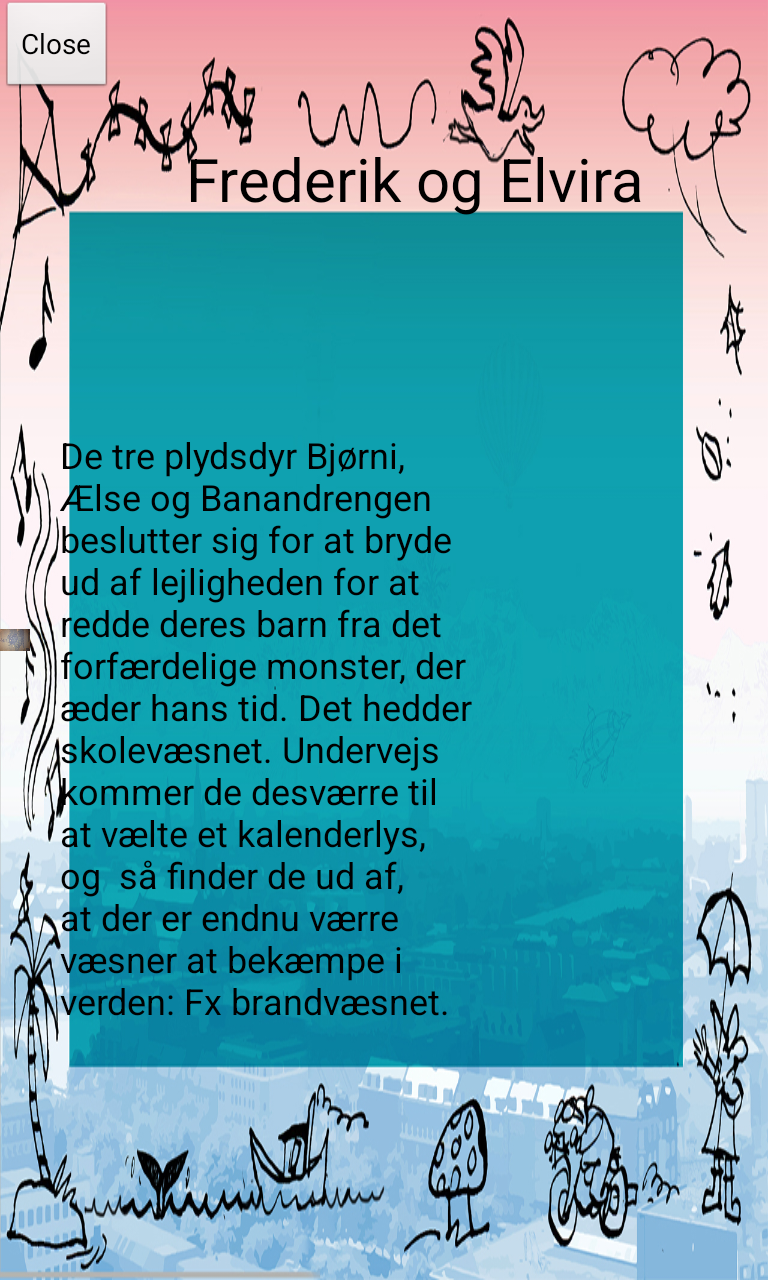
Repository: DreadMuffin/work
Layout: tablets/Historie/res/layout/popup1.xml
These files come from the project's save history. The layout is drawn as it stood at one moment and after the next save; the edit follows.
It is drawn on a 768 x 1280 px phone screen (xhdpi) without system bars, with theme android:Theme.NoTitleBar; the app's code is not run.

Above is the layout before, as saved 2015-02-26 05:10:55.

### tablets/Historie/res/layout/popup1.xml
<RelativeLayout xmlns:android="http://schemas.android.com/apk/res/android"
    xmlns:tools="http://schemas.android.com/tools"
    android:id="@+id/popup_element1"
    android:layout_width="match_parent"
    android:layout_height="match_parent"
    android:background="@drawable/popupwp"
    tools:context=".Historie" >

    <Button
        android:id="@+id/btn_close_popup"
        android:layout_width="wrap_content"
        android:layout_height="wrap_content"
        android:layout_gravity="center"
        android:text="Close" />

    <TextView
        android:id="@+id/textView1"
        android:layout_width="500dp"
        android:layout_height="75dp"
        android:layout_above="@+id/txt"
        android:layout_alignLeft="@+id/txt"
        android:layout_marginBottom="88dp"
        android:gravity="center"
        android:text="Frederik og Elvira"
        android:textColor="#000000"
        android:textSize="30sp" />

    <TextView
        android:id="@+id/txt"
        android:layout_width="500dp"
        android:layout_height="300dp"
        android:layout_alignParentBottom="true"
        android:layout_alignParentRight="true"
        android:layout_marginBottom="125dp"
        android:layout_marginLeft="30dp"
        android:layout_marginRight="143dp"
        android:text="De tre plydsdyr Bjørni, Ælse og Banandrengen beslutter sig for at bryde ud af lejligheden for at redde deres barn fra det
forfærdelige monster, der æder hans tid. Det hedder skolevæsnet. Undervejs kommer de desværre til at vælte et kalenderlys, og
så finder de ud af, at der er endnu værre væsner at bekæmpe i verden: Fx brandvæsnet. Og det ER bare ikke nemt at at slukke en
ildebrand, når man er lavet af plys og pladevat, og når ens bedste ven er skabt uden arme!"
        android:textColor="#000000"
        android:textSize="18sp" />

    <ImageView
        android:layout_width="505dp"
        android:layout_height="505dp"
        android:layout_marginRight="15dp"
        android:layout_centerVertical="true"
        android:layout_toLeftOf="@+id/textView1"
        android:src="@drawable/elvira500" />

    </RelativeLayout>

After the next save:
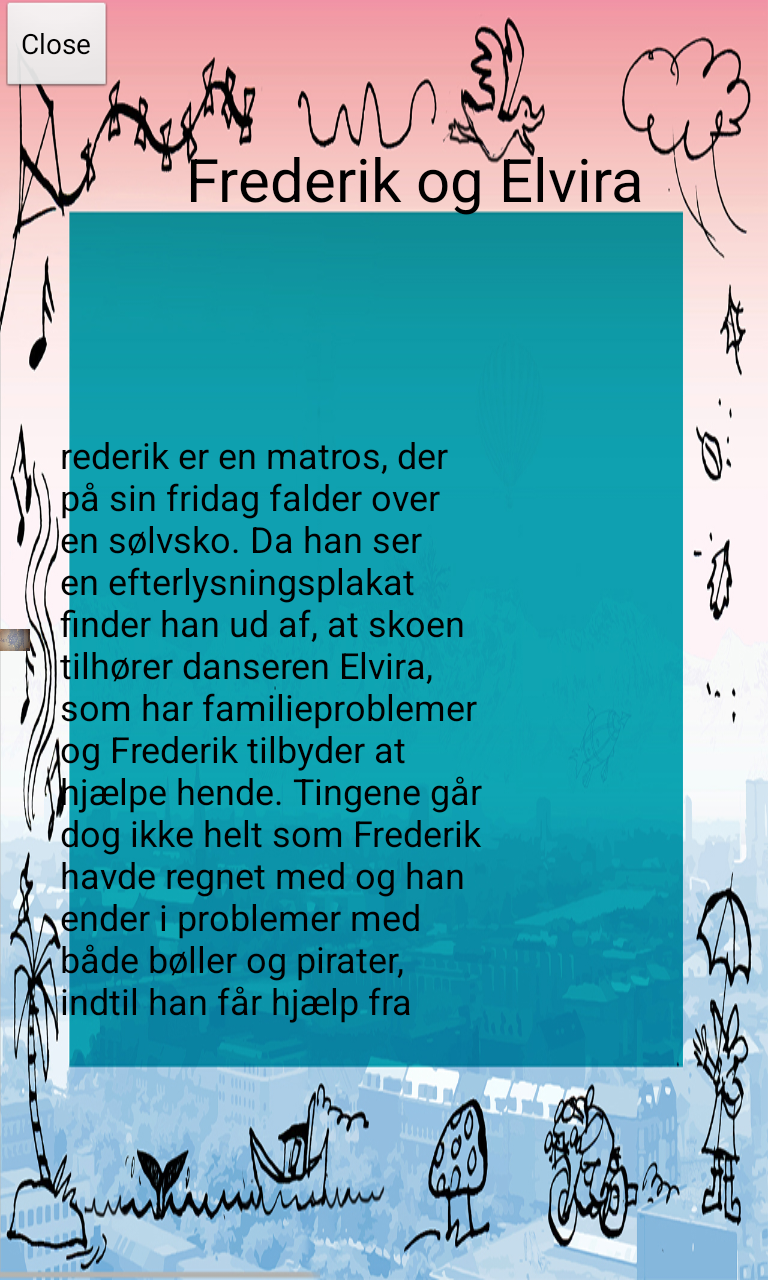
Saved 17 s later.
--- a/tablets/Historie/res/layout/popup1.xml
+++ b/tablets/Historie/res/layout/popup1.xml
@@ -34,10 +34,8 @@
         android:layout_marginBottom="125dp"
         android:layout_marginLeft="30dp"
         android:layout_marginRight="143dp"
-        android:text="De tre plydsdyr Bjørni, Ælse og Banandrengen beslutter sig for at bryde ud af lejligheden for at redde deres barn fra det
-forfærdelige monster, der æder hans tid. Det hedder skolevæsnet. Undervejs kommer de desværre til at vælte et kalenderlys, og
-så finder de ud af, at der er endnu værre væsner at bekæmpe i verden: Fx brandvæsnet. Og det ER bare ikke nemt at at slukke en
-ildebrand, når man er lavet af plys og pladevat, og når ens bedste ven er skabt uden arme!"
+        android:text="rederik er en matros, der på sin fridag falder over en sølvsko. Da han ser en efterlysningsplakat finder han ud af, at skoen tilhører danseren Elvira, som har familieproblemer og Frederik tilbyder at hjælpe hende. Tingene går dog ikke helt som Frederik havde regnet med og han ender i problemer med både bøller og pirater, indtil han får hjælp fra en ganske uventet kant.
+Historien om Frederik og Elvira er en fortælling om venskab, mod, kærlighed, pirater og eventyr og tager dig med ind i en verden ikke så langt fra vores egen."
         android:textColor="#000000"
         android:textSize="18sp" />
 
